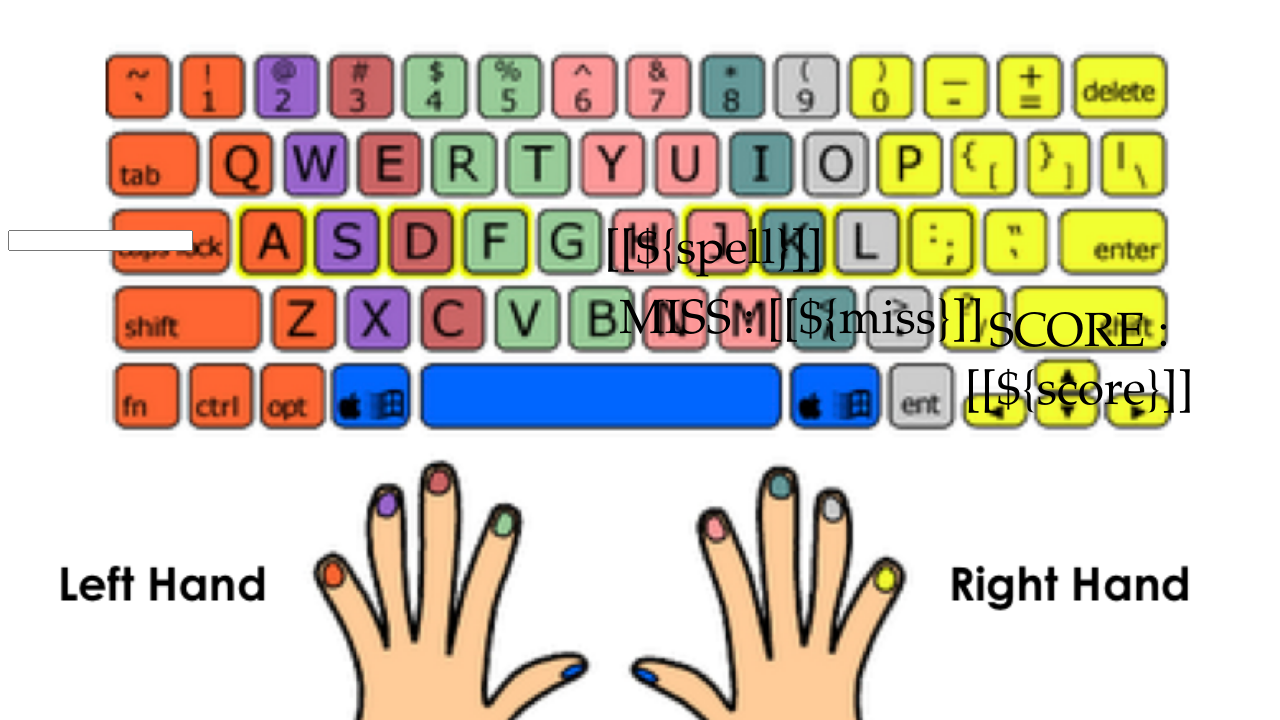
Repository: thaddeas01/typingskill
Page: src/main/resources/templates/single.html
An editor plug-in stored every save of this project. The page is shown before and after the next save, followed by the edit.
The browser window is 1280 px wide. The pictures show the whole page.

Above is the page before, as saved 2023-01-14 00:37:28.
Console error: SyntaxError: Unexpected token '{'

### src/main/resources/templates/single.html
<head>
  <title>Game Application by Pentagon</title>
</head>

<body>
  <div id="app"></div>

  <p class="word1"> [[${spell}]]</p>
  <p class="word2"> MISS : [[${miss}]]</p>
  <p class="word3"> SCORE : [[${score}]]</p>
  <form th:action="@{/hantei(prob=${spell},miss=${miss},score=${score})}" method="post">
    <input type="text" name="answer" id="firstinput">
  </form>
</body>

<style>
  body {
      background-image: url('gamebacks.png');
      background-repeat: no-repeat;
      background-size: cover;
    }

    .word1{
      font-size: 3em;
      width: 400px;
      height: 100px;
      font-family: "garamond", serif;
      position: relative;
      text-align: center;
      top: 20%;
      left: 40%;
      display: inline-block;
      margin-top: 1rem;
    }
    .word2{
      font-size: 3em;
      width: 400px;
      height: 100px;
      font-family: "garamond", serif;
      position: relative;
      text-align: center;
      top: 30%;
      left: 15%;
      display: inline-block;
      margin-top: 1rem;
    }
    .word3{
      font-size: 3em;
      width: 400px;
      height: 100px;
      font-family: "garamond", serif;
      position: relative;
      text-align: center;
      top: 40%;
      left: 5%;
      display: inline-block;
      margin-top: 1rem;
    }
  .base-timer {
    position: relative;
    width: 150px;
    height: 150px;
  }

  .base-timer__svg {
    transform: scaleX(-1);
  }

  .base-timer__circle {
    fill: none;
    stroke: none;
  }

  .base-timer__path-elapsed {
    stroke-width: 7px;
    stroke: grey;
  }

  .base-timer__path-remaining {
    stroke-width: 7px;
    stroke-linecap: round;
    transform: rotate(90deg);
    transform-origin: center;
    transition: 1s linear all;
    fill-rule: nonzero;
    stroke: currentColor;
  }

  .base-timer__path-remaining.green {
    color: rgb(65, 184, 131);
  }

  .base-timer__path-remaining.orange {
    color: orange;
  }

  .base-timer__path-remaining.red {
    color: red;
  }

  .base-timer__label {
    position: relative;
    top: -110px;
    width: 150px;
    height: 150px;
    display: flex;
    align-items: flex-start;
    justify-content: center;
    font-size: 48px;
  }
</style>
<script th:inline="javascript">
  const FULL_DASH_ARRAY = 300;
  const WARNING_THRESHOLD = 4;
  const ALERT_THRESHOLD = 2;

  const COLOR_CODES = {
    info: {
      color: "green"
    },
    warning: {
      color: "orange",
      threshold: WARNING_THRESHOLD
    },
    alert: {
      color: "red",
      threshold: ALERT_THRESHOLD
    }
  };

  const TIME_LIMIT = 7;
  let timePassed = 0;
  let timeLeft = TIME_LIMIT;
  let timerInterval = null;
  let remainingPathColor = COLOR_CODES.info.color;
  var miss = [[${ miss }]];
  var score = [[${ score }]];

  document.getElementById("app").innerHTML = `
<div class="base-timer">
  <svg class="base-timer__svg" viewBox="0 0 100 100" xmlns="http://www.w3.org/2000/svg">
    <g class="base-timer__circle">
      <circle class="base-timer__path-elapsed" cx="50" cy="50" r="45"></circle>
      <path
        id="base-timer-path-remaining"
        stroke-dasharray="283"
        class="base-timer__path-remaining ${remainingPathColor}"
        d="
          M 50, 50
          m -45, 0
          a 45,45 0 1,0 90,0
          a 45,45 0 1,0 -90,0
        "
      ></path>
    </g>
  </svg>
  <span id="base-timer-label" class="base-timer__label">${formatTime(
    timeLeft
  )}</span>
</div>
`;
  document.getElementById('firstinput').focus();
  startTimer();

  function startTimer() {
    timerInterval = setInterval(() => {
      timePassed = timePassed += 1;
      timeLeft = TIME_LIMIT - timePassed;
      document.getElementById("base-timer-label").innerHTML = formatTime(
        timeLeft
      );
      setCircleDasharray();
      setRemainingPathColor(timeLeft);

      if (timeLeft === 0) {
        clearInterval(timerInterval);
        setTimeout(function () {
          location.href = "/timeout?miss=" + miss + "&score=" + score
        }, 0);
      }
    }, 1000);
  }

  function formatTime(time) {
    const minutes = Math.floor(time / 60);
    let seconds = time % 60;

    if (seconds < 10) {
      seconds = `0${seconds}`;
    }

    return `${minutes}:${seconds}`;
  }

  function setRemainingPathColor(timeLeft) {
    const { alert, warning, info } = COLOR_CODES;
    if (timeLeft <= alert.threshold) {
      document
        .getElementById("base-timer-path-remaining")
        .classList.remove(warning.color);
      document
        .getElementById("base-timer-path-remaining")
        .classList.add(alert.color);
    } else if (timeLeft <= warning.threshold) {
      document
        .getElementById("base-timer-path-remaining")
        .classList.remove(info.color);
      document
        .getElementById("base-timer-path-remaining")
        .classList.add(warning.color);
    }
  }

  function calculateTimeFraction() {
    const rawTimeFraction = timeLeft / TIME_LIMIT;
    return rawTimeFraction - (1 / TIME_LIMIT) * (1 - rawTimeFraction);
  }

  function setCircleDasharray() {
    const circleDasharray = `${(
      calculateTimeFraction() * FULL_DASH_ARRAY
    ).toFixed(0)} 283`;
    document
      .getElementById("base-timer-path-remaining")
      .setAttribute("stroke-dasharray", circleDasharray);
  }
</script>

After the next save:
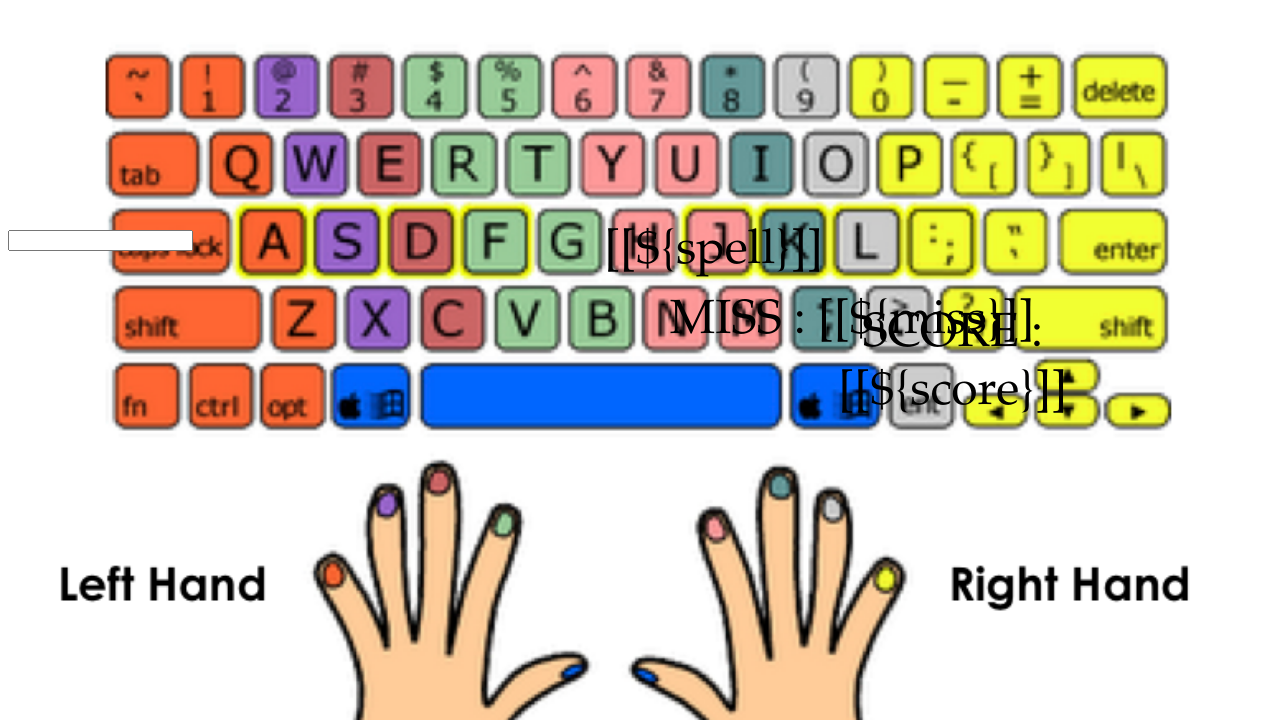
Saved 40 s later.
--- a/src/main/resources/templates/single.html
+++ b/src/main/resources/templates/single.html
@@ -40,7 +40,7 @@
       position: relative;
       text-align: center;
       top: 30%;
-      left: 15%;
+      left: 19%;
       display: inline-block;
       margin-top: 1rem;
     }
@@ -52,7 +52,7 @@
       position: relative;
       text-align: center;
       top: 40%;
-      left: 5%;
+      left: -5%;
       display: inline-block;
       margin-top: 1rem;
     }
